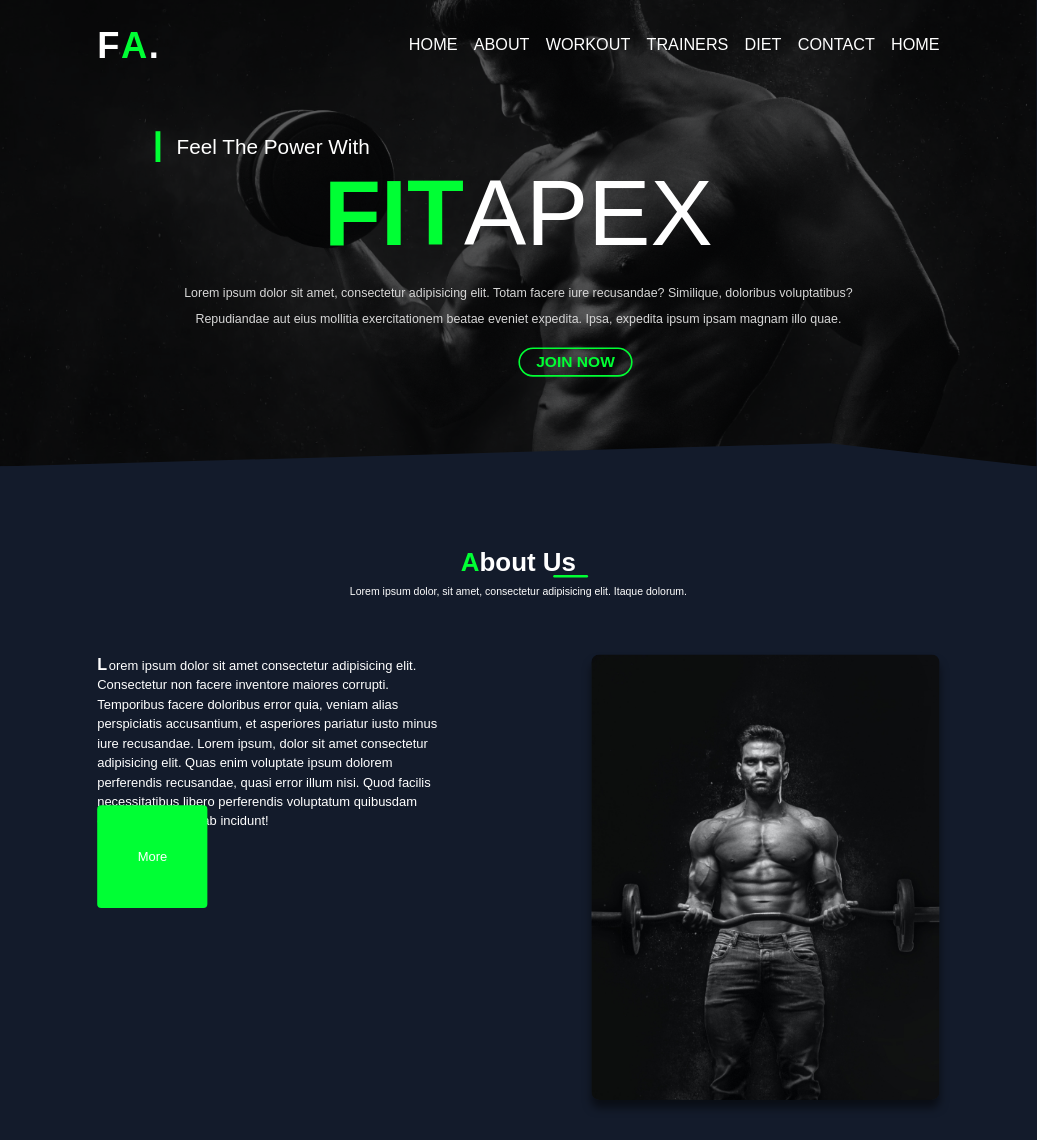
Repository: guilhermecardoso93/fitapex
Page: index.html
The author's editor kept a copy of each file at every save. The page is drawn from the files as they stood at one save, then again after the next save.
The browser window is 1280 px wide. The pictures show the whole page, at 81% of full size.

Above is the page before, as saved 2023-03-05 21:28:44.

After the next save:
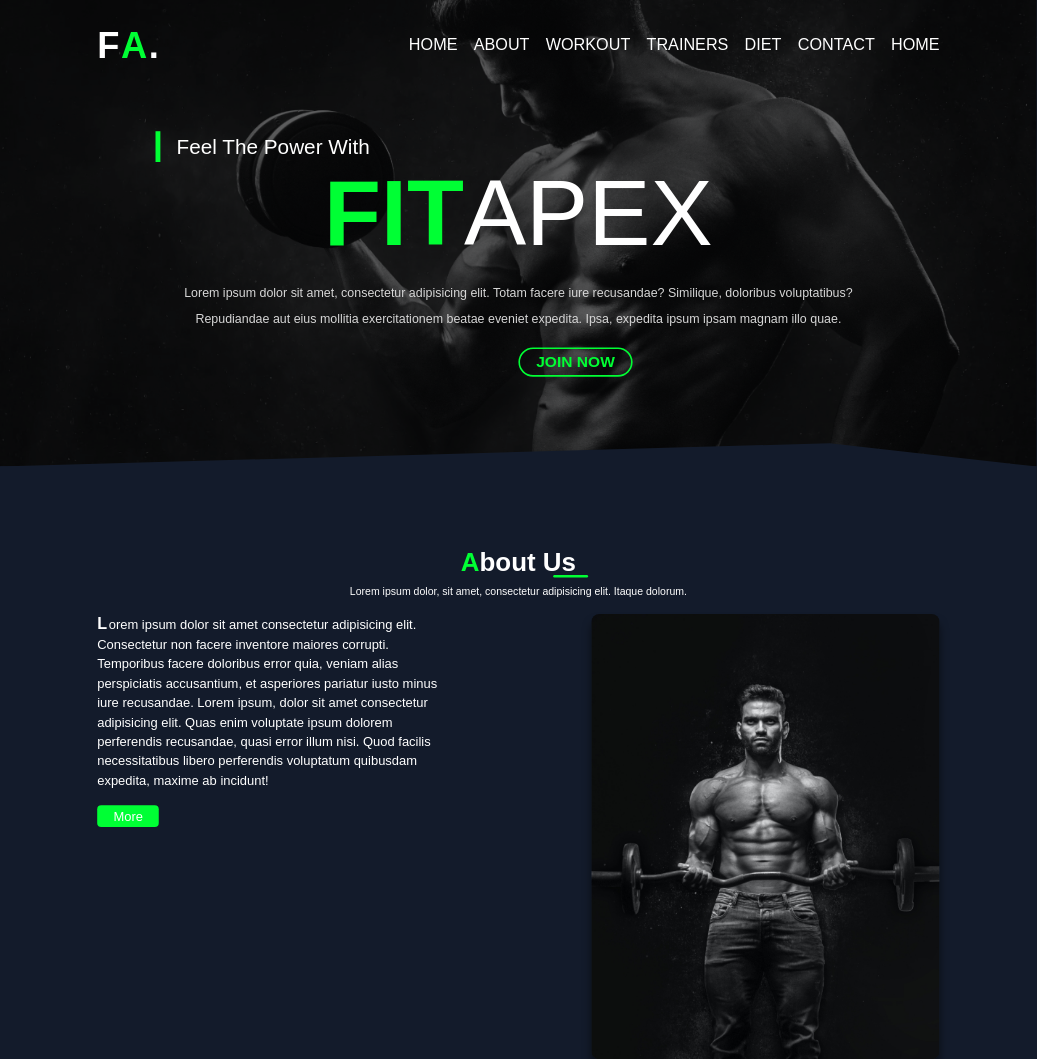
Saved 7 s later.
--- a/css/_about.css
+++ b/css/_about.css
@@ -47,7 +47,7 @@ span {
   position: relative;
   width: 100%;
   height: 100%;
-  padding: 50px 90px;
+  padding: 0px 90px;
 }
 
 .about .content .cols p b {
@@ -60,7 +60,7 @@ span {
   top: 20px;
   color: #fff;
   background-color: var(--prime);
-  padding: 55px 50px;
+  padding: 5px 20px;
   border-radius: 5px;
   text-decoration: none;
   text-weight: 500;
